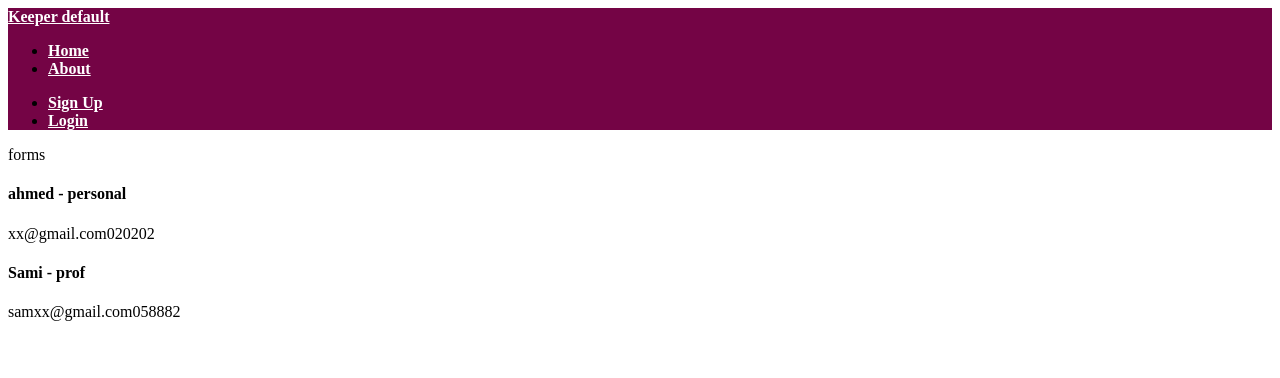
Repository: 3bdulrahman/contact-keeper
Page: / (app in client/)
An editor plug-in stored every save of this project. The page is shown before and after the next save, followed by the edit.
The browser window is 1280 px wide. The pictures show the whole page.
The project was rebuilt for these pictures with package versions that can differ from the ones it lists, and the page was loaded fresh each time. A package was used in the major version that the imports need, not the one package.json lists. Also part of the build but not shown: client/src/components/pages/About.js.

Above is the page before, as saved 2020-04-04 21:02:43.

### client/src/App.js
import React,{Fragment} from 'react';
import { BrowserRouter as Router , Route , Switch } from 'react-router-dom'
import Navbar from './components/layout/Navbar'
import Home from './components/pages/Home'
import About from './components/pages/About'
import ContactState  from './context/contact/ContactState'
import './App.css'
const  App = ()=> {
   return (
    <ContactState>
    <Router>
    <Fragment>
         <Navbar   />
         <div className='container'>
             <Switch>
               <Route exact path='/' component={Home} />
               <Route exact path='/about' component={About} />
             </Switch>
         </div>
    </Fragment>
    </Router>
    </ContactState>
  );
}

export default App;

### client/src/components/layout/Navbar.js
import React from 'react'
import {Link} from 'react-router-dom'
import PropTypes from 'prop-types'

 const Navbar = ({title}) => {
    return (
        <nav class="navbar navbar-default">
        <div class="navbar-header">

      <a class="navbar-brand" href="#">{title}</a>
    </div>
        <div class="container" id="myNavbar">

          <ul class="nav navbar-nav">
            <li class="active"><Link to="/">Home</Link></li>
            <li><Link to="/about">About</Link></li>

          </ul>
          <ul class="nav navbar-nav navbar-right">
      <li><a href="#"><span class="glyphicon glyphicon-user"></span> Sign Up</a></li>
      <li><a href="#"><span class="glyphicon glyphicon-log-in"></span> Login</a></li>
    </ul>
        </div>
      </nav>
    )
}

Navbar.propTypes= {
     title:PropTypes.string.isRequired
}
Navbar.defaultProps = {
     title:'Keeper default '
}

export default Navbar

### client/src/components/pages/Home.js
import React from 'react'
import Contacts from '../contacts/contacts'
 const Home = () => {
    return (
        <div className="row">
            <div className="col-md-6 col-lg-6">forms</div>
             <div className="col-md-6 col-lg-6"><Contacts /></div>
        </div>
    )
}

export default Home

### client/src/context/contact/ContactState.js
import React,{useReducer} from 'react'
import uuid from 'uuid'
import contactContext from './ContactContext'
import { UPDATE_CONTACT,CLEAR_CURRENT,DELETE_CONTACT,SET_CURRENT,ADD_CONTACT,SET_ALERT,REMOVE_ALERT,
    FILTER_CONTACTS,CLEAR_FILTER} from '../type'
import contactReducer from '../contact/ContactReducer'
const ContactState = props=>{
       const contactInit = {
             contacts:[
                   {id:1,name:"ahmed",email:"xx@gmail.com",phone:"020202",type:"personal"},
                   {id:2,name:"Sami",email:"samxx@gmail.com",phone:"058882",type:"prof"}
             ]
       };
       const [state,dispatch] = useReducer(contactReducer,contactInit)
       //add contact
       return(
            <contactContext.Provider value={{
                contacts:state.contacts
            }}>
                {props.children}
            </contactContext.Provider>
       )
}

export default ContactState

### client/src/App.css
.navbar-default{
     background-color:rgb(116, 4, 69);
     border:0px;
     border-radius: 0px;
}
.navbar-default .navbar-nav>.active>a, .navbar-default .navbar-nav>.active>a:focus, .navbar-default .navbar-nav>.active>a:hover{
    background-color:rgb(116, 4, 69);
}

.navbar-nav>.active>a{
     color:#fff;
     font-weight: bold;
     background-color:rgb(116, 4, 69);
}

.navbar-default .navbar-nav>li>a{
    color:#fff;
     font-weight: bold;
}

.navbar-default .navbar-brand{
    background-color:rgb(116, 4, 69);;
    color:#fff;
    font-weight: bold;
}

.navbar-default .navbar-nav>.active>a{
    background-color:rgb(116, 4, 69);;
    color:#fff;
    font-weight: bold;
}

### client/src/components/contacts/contacts.js
import React,{useContext,Fragment} from 'react'
import ContactContext from '../../context/contact/ContactContext'
import ContactsItem from './contactsItem'
 const Contacts = () => {
    const contextContact = useContext(ContactContext)
    const {contacts} = contextContact
    return (
        <Fragment>
            {contacts.map(contact=> <ContactsItem key={contact.id} contact={contact} /> )}
        </Fragment>
    )
}
export default Contacts

### client/src/context/contact/ContactContext.js
import {createContext} from 'react'
const contactContext = createContext()
export default contactContext

### client/src/context/type.js
export const ADD_CONTACT="ADD_CONTACT"
export const DELETE_CONTACT="DELETE_CONTACT"
export const UPDATE_CONTACT="UPDATE_CONTACT"
export const FILTER_CONTACTS="FILTER_CONTACTS"
export const CLEAR_FILTER="CLEAR_FILTER"
export const SET_CURRENT="SET_CURRENT"
export const CLEAR_CURRENT="CLEAR_CURRENT"
export const SET_ALERT="SET_ALERT"
export const REMOVE_ALERT="REMOVE_ALERT"

### client/src/context/contact/ContactReducer.js
import { UPDATE_CONTACT,CLEAR_CURRENT,DELETE_CONTACT,SET_CURRENT,ADD_CONTACT,SET_ALERT,REMOVE_ALERT,
    FILTER_CONTACTS,CLEAR_FILTER} from '../type'

export default (state,action)=>{
      switch(action.type){
           default:
               return state
      }
}

### client/src/components/contacts/contactsItem.js
import React from 'react'

 const ContactsItem = ({contact}) => {
    const {id,name,email,phone,type} = contact
    return (
        <div className="card">

              <div className="card-body">
              <div className="card-title">
              <h4>{name} - <span className={'badge ' + (type==='personal'?'badge-primary':'badge-danger')}>{type}</span></h4>
              </div>

              <div className="card-text">
              {email&& <span className="label label-success">{email}</span>}
              {phone&& <span className="label label-warning">{phone}</span>}
              </div>

              </div>
        </div>
    )
}
export default ContactsItem

Loaded but not shown: client/src/index.js (common file)

After the next save:
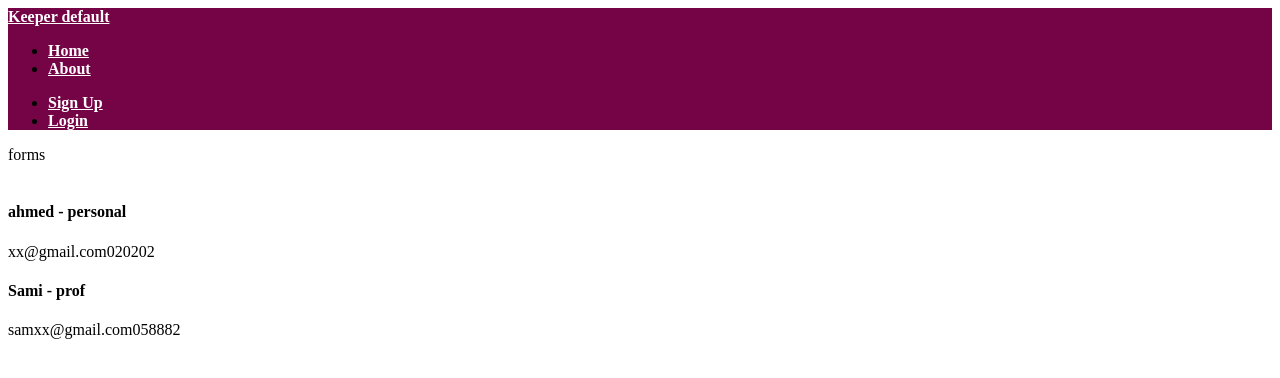
Saved 32 s later.
--- a/client/src/components/pages/Home.js
+++ b/client/src/components/pages/Home.js
@@ -4,7 +4,9 @@ import Contacts from '../contacts/contacts'
     return (
         <div className="row">
             <div className="col-md-6 col-lg-6">forms</div>
-             <div className="col-md-6 col-lg-6"><Contacts /></div>
+             <div className="col-md-6 col-lg-6">
+                 <br />
+                 <Contacts /></div>
         </div>
     )
 }
